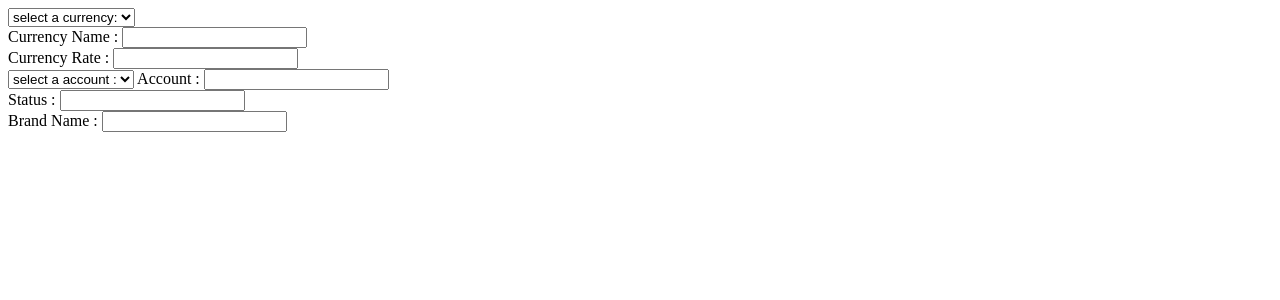
Repository: cheukyin21hk/DudeClothingConsole
Page: http://localhost/DudeClothing/WEB-INF/views/basicInfo.jsp
An editor plug-in stored every save of this project. The page is shown before and after a run of saves, followed by the edit.
The browser window is 1280 px wide. The pictures show the whole page.
The page is served by Tomcat 9. Nobody is signed in. Other server files are loaded and not shown. The template is opened directly, without the code that normally fills it, so the values that code supplies are empty.

Above is the page before, as saved 2015-05-22 10:22:00.

### DudeClothing/src/main/webapp/WEB-INF/views/basicInfo.jsp
<%@ page language="java" contentType="text/html; charset=UTF-8"
	pageEncoding="UTF-8"%>
<!DOCTYPE html PUBLIC "-//W3C//DTD HTML 4.01 Transitional//EN" "http://www.w3.org/TR/html4/loose.dtd">
<html>
<head>
<meta http-equiv="Content-Type" content="text/html; charset=UTF-8">
<title>Dude Clothing -</title>

</head>
<body>

	<div class="legend1" id="currencyForm">

		<select>
			<option>select a currency:</option>
		</select><br/>
		Currency Name : <input type="text"><br /> Currency Rate : <input
			type="text">
	</div>

	<div class="legend1" id="accountForm">
		<select>
			<option>select a account :</option>
		</select> Account : <input type="text"><br />
	</div>

	<div class="legend1" id="statusForm">
		Status : <input type="text"><br />
	</div>

	<div class="legend1" id="brandForm">
		Brand Name : <input type="text"><br />
	</div>
</body>
</html>

After the next 2 saves:
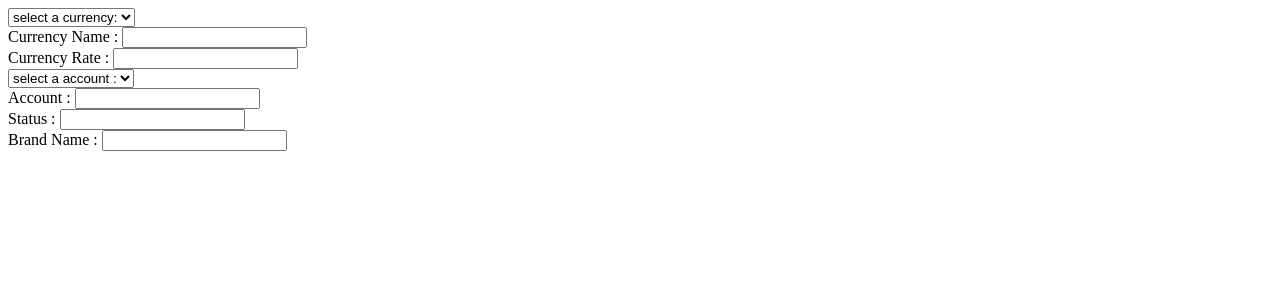
The 2 saves are shown as one change because they came seconds apart.
The last was saved 9 s later.
--- a/DudeClothing/src/main/webapp/WEB-INF/views/basicInfo.jsp
+++ b/DudeClothing/src/main/webapp/WEB-INF/views/basicInfo.jsp
@@ -13,15 +13,14 @@
 
 		<select>
 			<option>select a currency:</option>
-		</select><br/>
-		Currency Name : <input type="text"><br /> Currency Rate : <input
-			type="text">
+		</select><br /> Currency Name : <input type="text"><br /> Currency
+		Rate : <input type="text">
 	</div>
 
 	<div class="legend1" id="accountForm">
 		<select>
 			<option>select a account :</option>
-		</select> Account : <input type="text"><br />
+		</select><br /> Account : <input type="text"><br />
 	</div>
 
 	<div class="legend1" id="statusForm">
